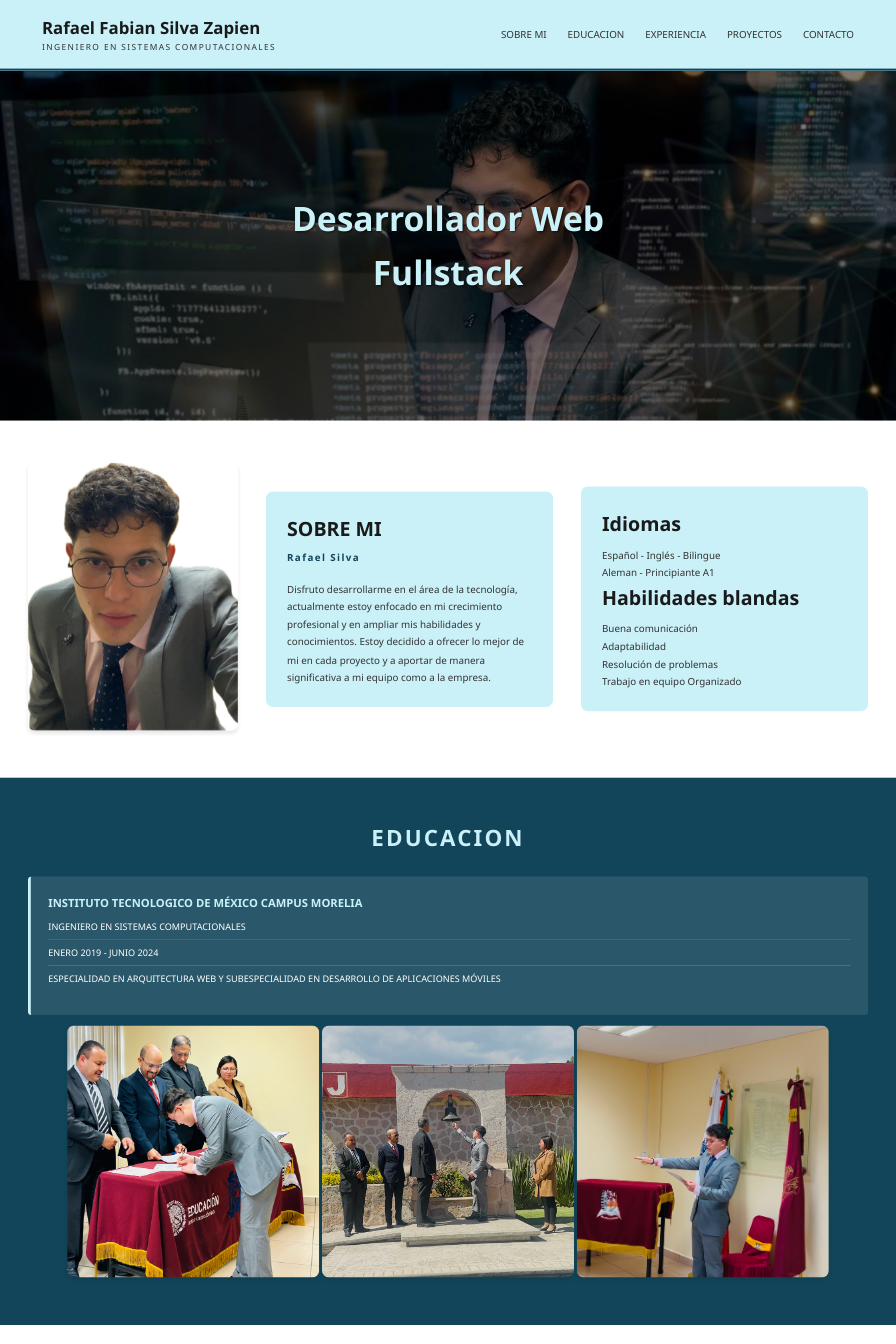
Repository: rafaelsilva2k/mi-portafolio
Page: index.html
The author's editor kept a copy of each file at every save. The page is drawn from the files as they stood at one save, then again after a run of saves.
The browser window is 1280 px wide. The pictures show the part of the page from y = 0 to 1920 px (the page is 3313 px tall), at 70% of full size.

Above is the page before, as saved 2026-04-17 12:54:57.

After the next 2 saves:
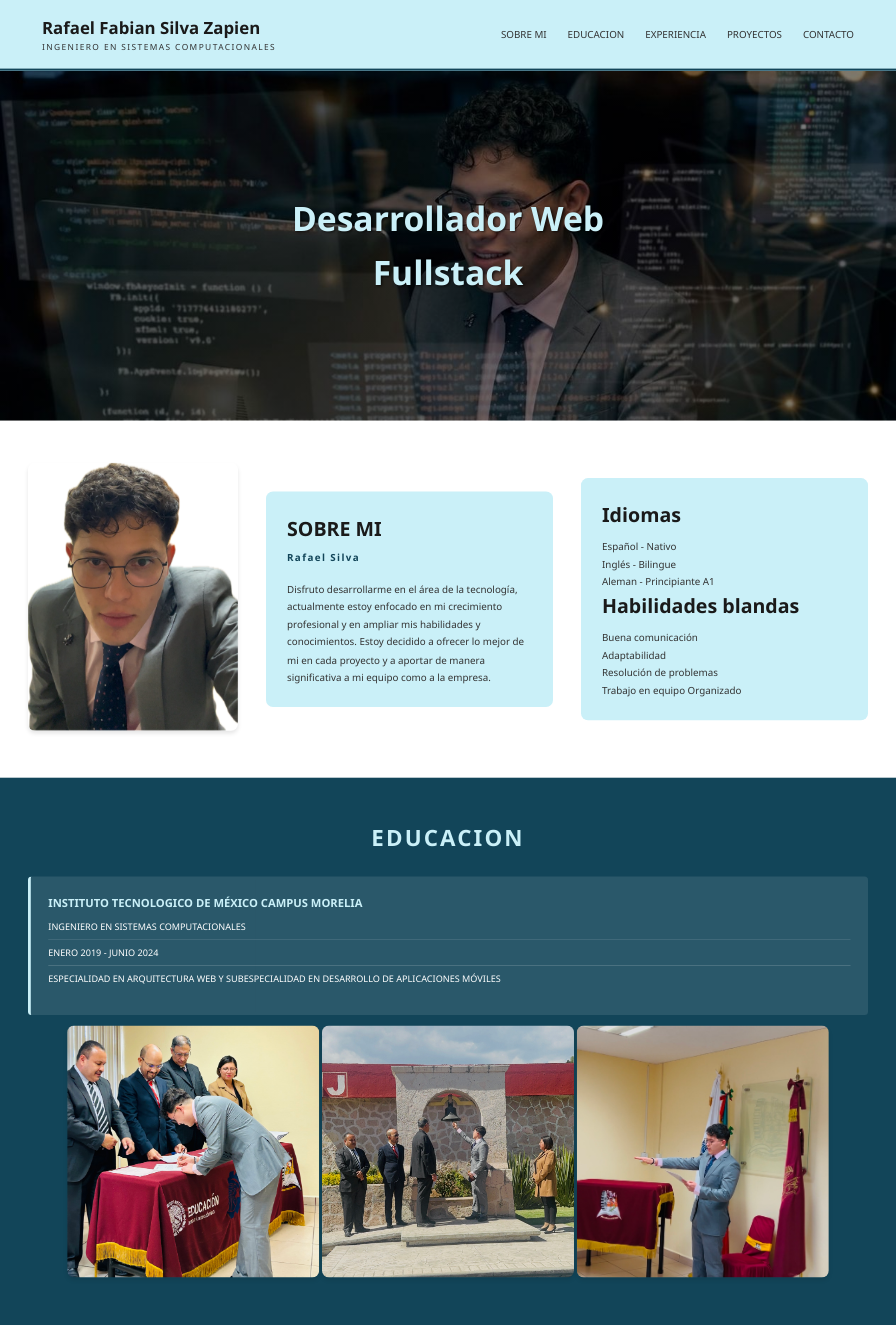
The 2 saves are shown as one change because they came seconds apart.
The last was saved 7 s later.
--- a/index.html
+++ b/index.html
@@ -47,7 +47,7 @@
             </div>
             <div class="sobre-mi-texto">
                 <h2>Idiomas</h2>
-                <p>Español - Inglés - Bilingue <br> Aleman - Principiante A1</p>
+                <p>Español - Nativo <br> Inglés - Bilingue <br> Aleman - Principiante A1</p>
                 <h2>Habilidades blandas</h2>
                 <p>Buena comunicación <br> Adaptabilidad <br> Resolución de problemas <br> Trabajo en equipo  Organizado</p>
             </div>
